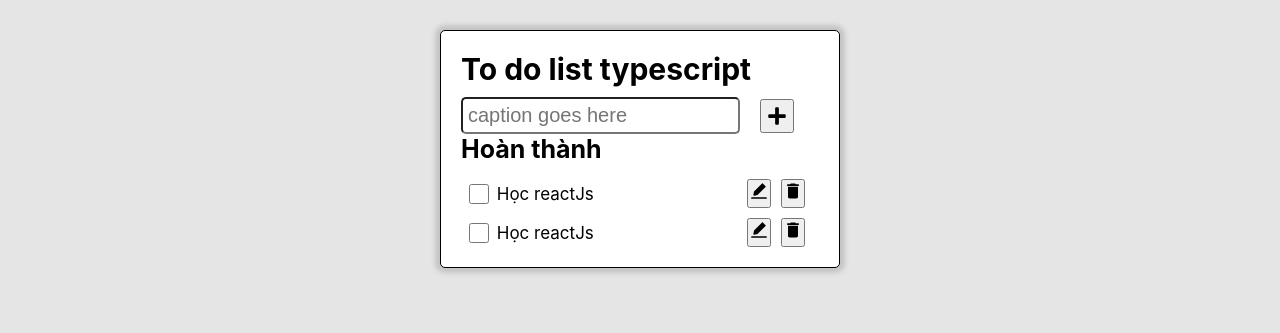
Repository: Nhatktvn/TodoListReactTs
Page: /
An editor plug-in stored every save of this project. The page is shown before and after the next save, followed by the edit.
The browser window is 1280 px wide. The pictures show the whole page.
The project was rebuilt for these pictures with package versions that can differ from the ones it lists, and the page was loaded fresh each time.

Above is the page before, as saved 2023-11-08 09:09:19.

After the next save:
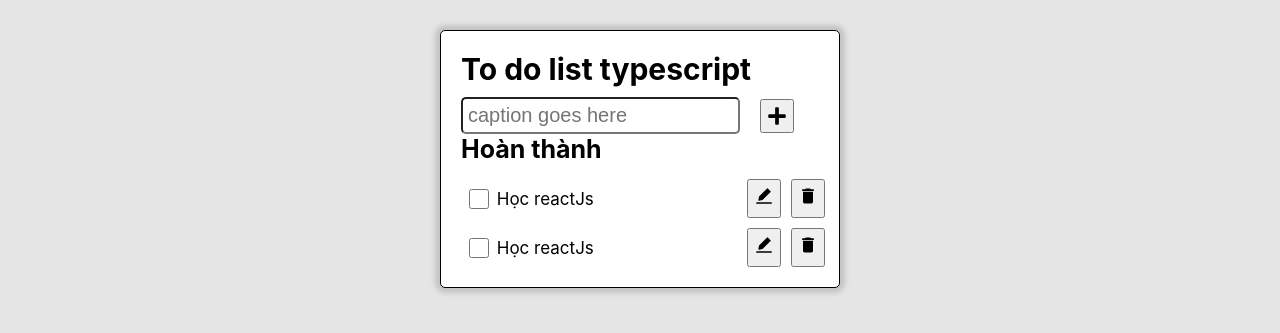
Saved 27 s later.
--- a/src/components/TaskList/tasklist.module.scss
+++ b/src/components/TaskList/tasklist.module.scss
@@ -26,6 +26,9 @@
     .taskAction {
       display: flex;
       gap: 1rem;
+      .btn {
+        padding: 5px;
+      }
     }
   }
 }
